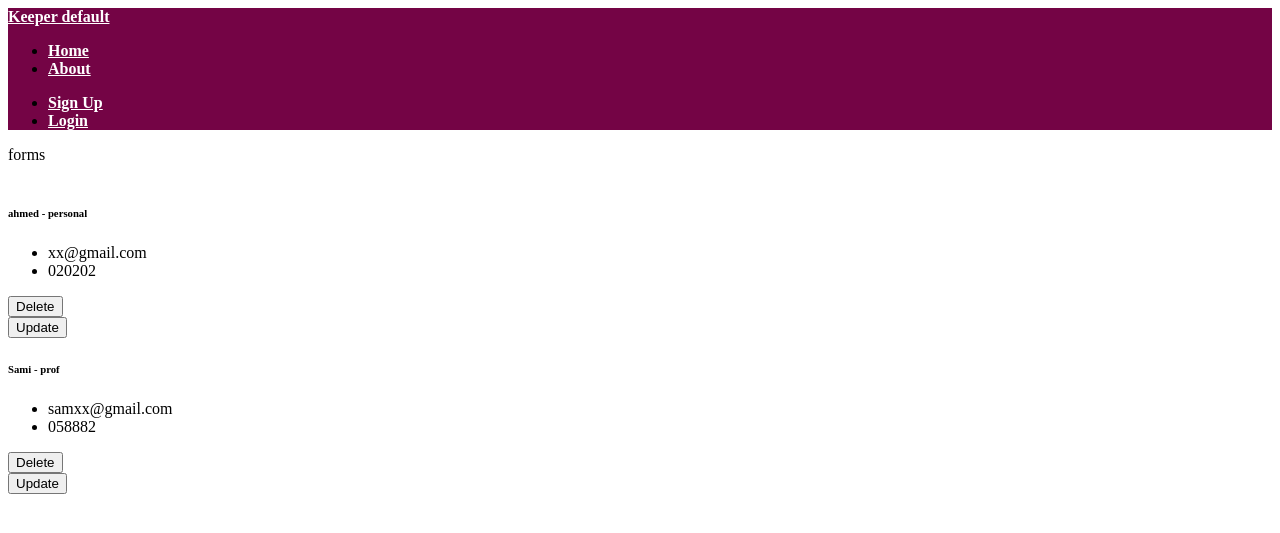
Repository: 3bdulrahman/contact-keeper
Page: / (app in client/)
The author's editor kept a copy of each file at every save. The page is drawn from the files as they stood at one save, then again after the next save.
The browser window is 1280 px wide. The pictures show the whole page.
The project was rebuilt for these pictures with package versions that can differ from the ones it lists, and the page was loaded fresh each time. A package was used in the major version that the imports need, not the one package.json lists. Also part of the build but not shown: client/src/components/pages/About.js.

Above is the page before, as saved 2020-04-04 21:18:54.

After the next save:
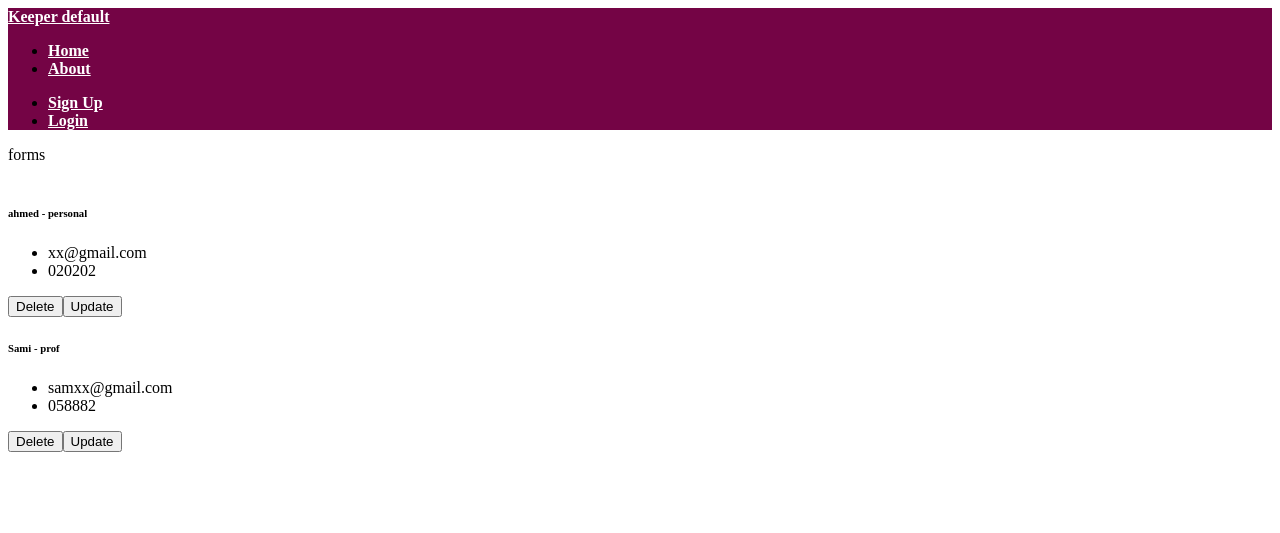
Saved 23 s later.
--- a/client/src/components/contacts/contactsItem.js
+++ b/client/src/components/contacts/contactsItem.js
@@ -16,8 +16,10 @@ import React from 'react'
                       <li><i class="fas fa-phone"></i> {phone&& <span className="label label-warning">{' '+phone}</span>}</li>
                   </ul>
               </div>
-              <div className="card-link"><button className="btn btn-danger btn-sm">Delete</button> </div>
-              <div className="card-link"><button className="btn btn-primary btn-sm">Update</button> </div>
+              <div className="card-link"><button className="btn btn-danger btn-sm">Delete</button>
+              <button className="btn btn-primary btn-sm">Update</button>
+               </div>
+              <div className="card-link"> </div>
               </div>
         </div>
     )
